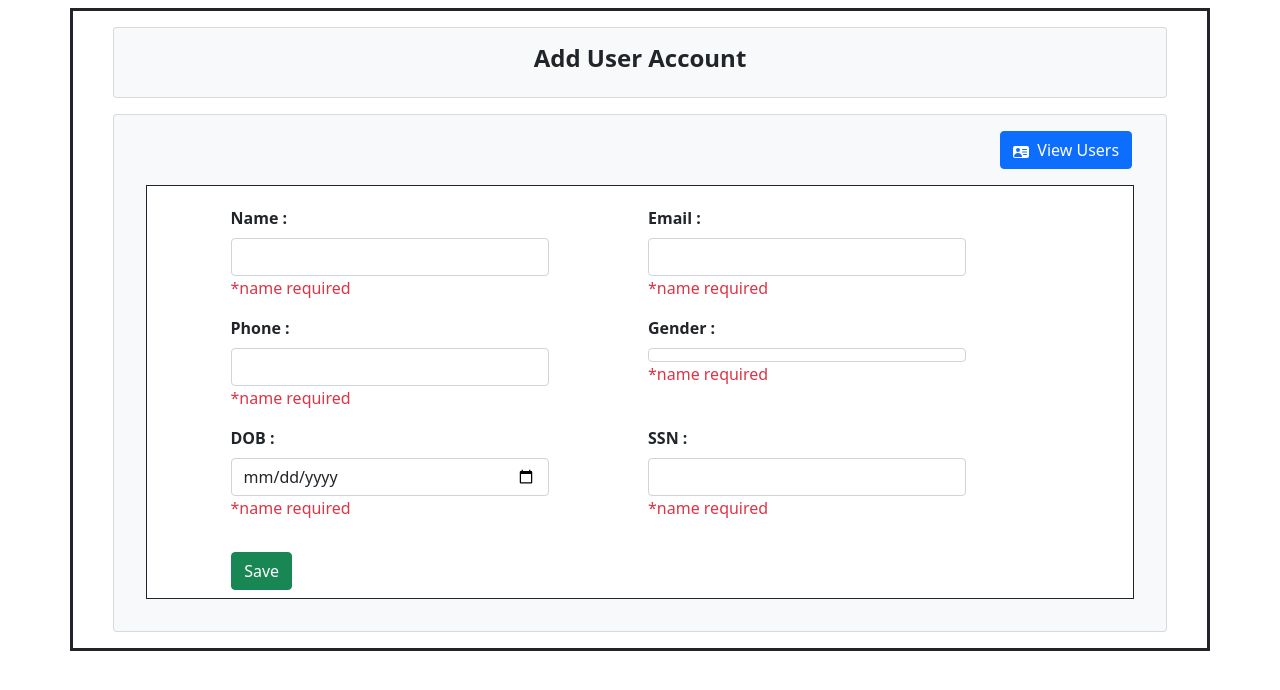
Repository: Umapathy-G/MiniProjects
Page: http://localhost/useraccount
These files come from the project's save history. The page is drawn as it stood at one moment and after the next save; the edit follows.
The browser window is 1280 px wide. The pictures show the whole page.
The page is this project's Thymeleaf template; nobody is signed in. The template is opened directly, without the code that normally fills it, so the values that code supplies are empty.

Above is the page before, as saved 2023-09-09 04:11:08.

After the next save:
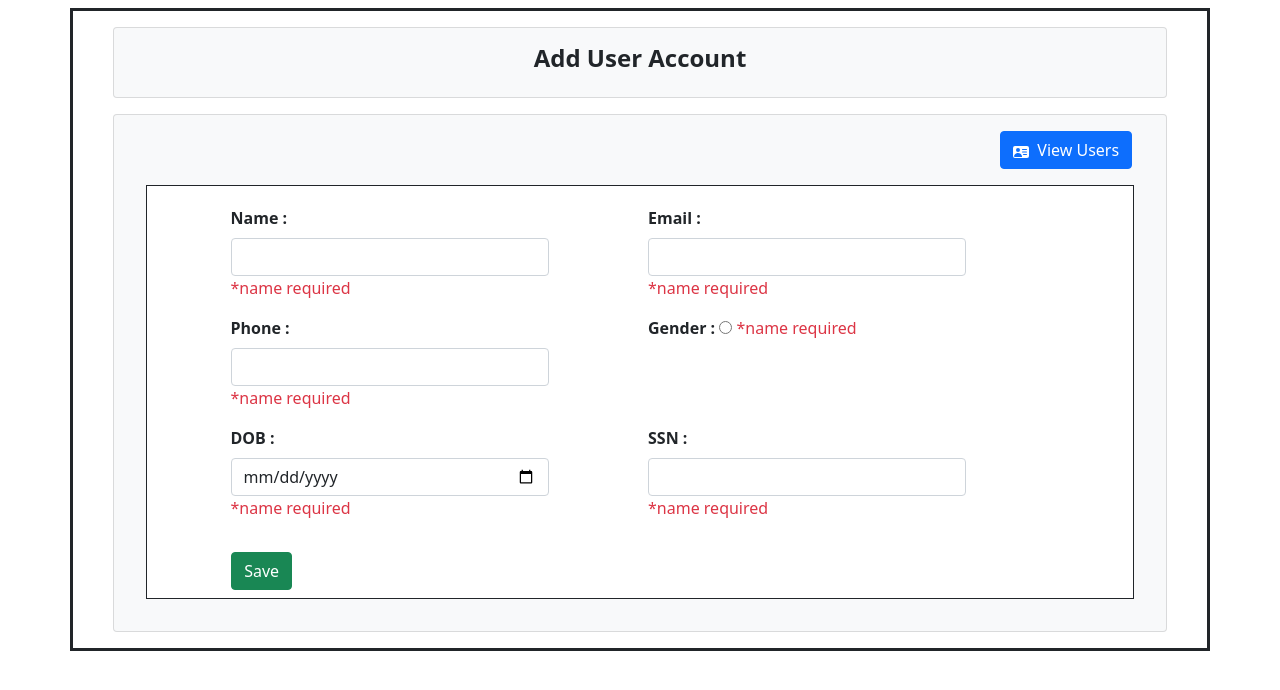
Saved 19 s later.
--- a/01-MiniProject-UserManagement/src/main/resources/templates/useraccount.html
+++ b/01-MiniProject-UserManagement/src/main/resources/templates/useraccount.html
@@ -48,7 +48,7 @@
 							</div>
 							<div class="col-4 offset-1">
 								<label for="gender" class="form-label"><b>Gender :</b></label>
-								<input  type="radio" class="form-control" value="Male">
+								<input  type="radio" value="Male">
 								<span class="text-danger">*name required</span>
 							</div>
 							<div class="col-4 offset-1">
